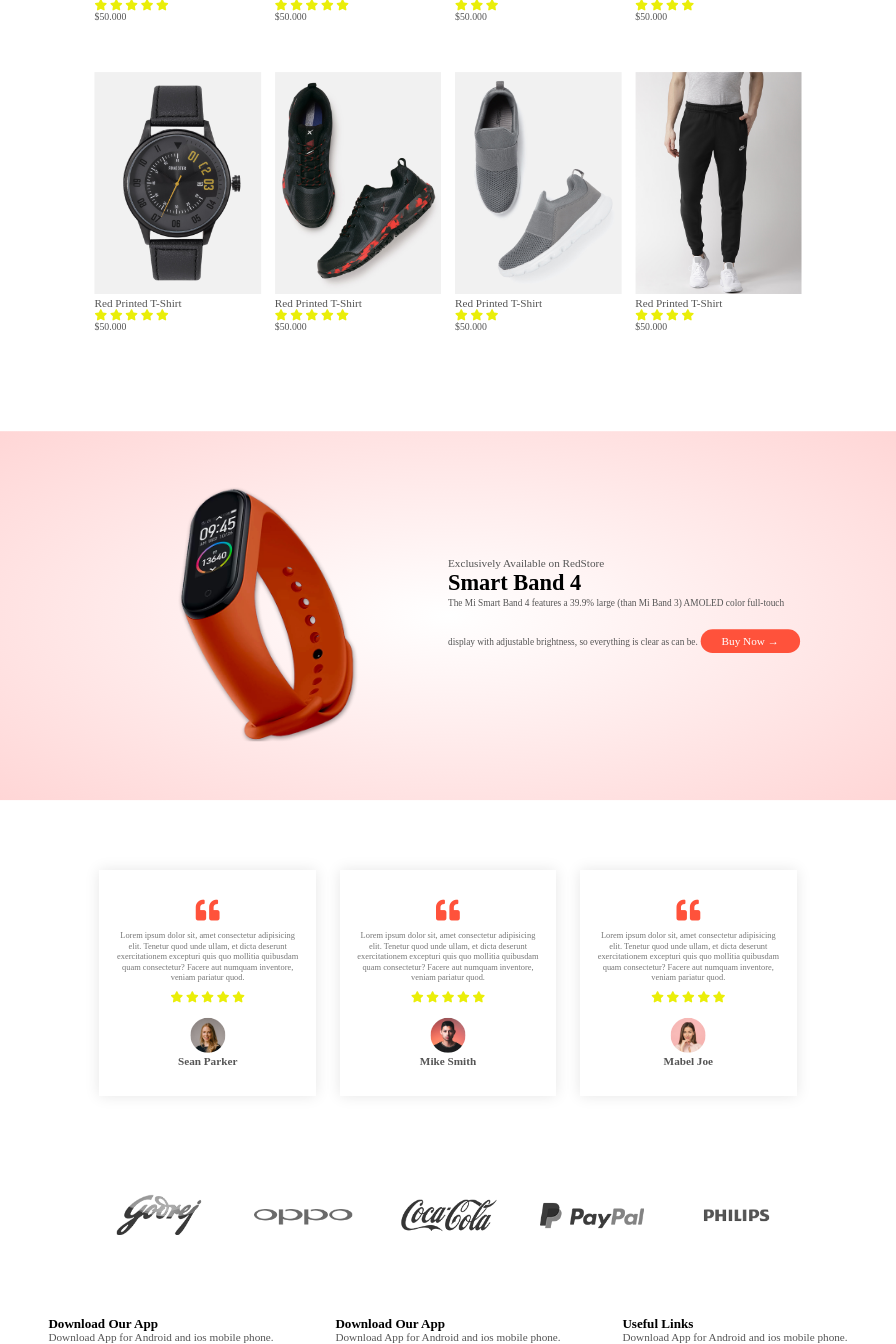
Repository: tuan21052000/Frontend
Page: index.html
The author's editor kept a copy of each file at every save. The page is drawn from the files as they stood at one save, then again after the next save.
The browser window is 1280 px wide. The pictures show the part of the page from y = 2370 to 4290 px (the page is 4290 px tall), at 70% of full size.

Above is the page before, as saved 2022-05-09 21:23:18.

After the next save:
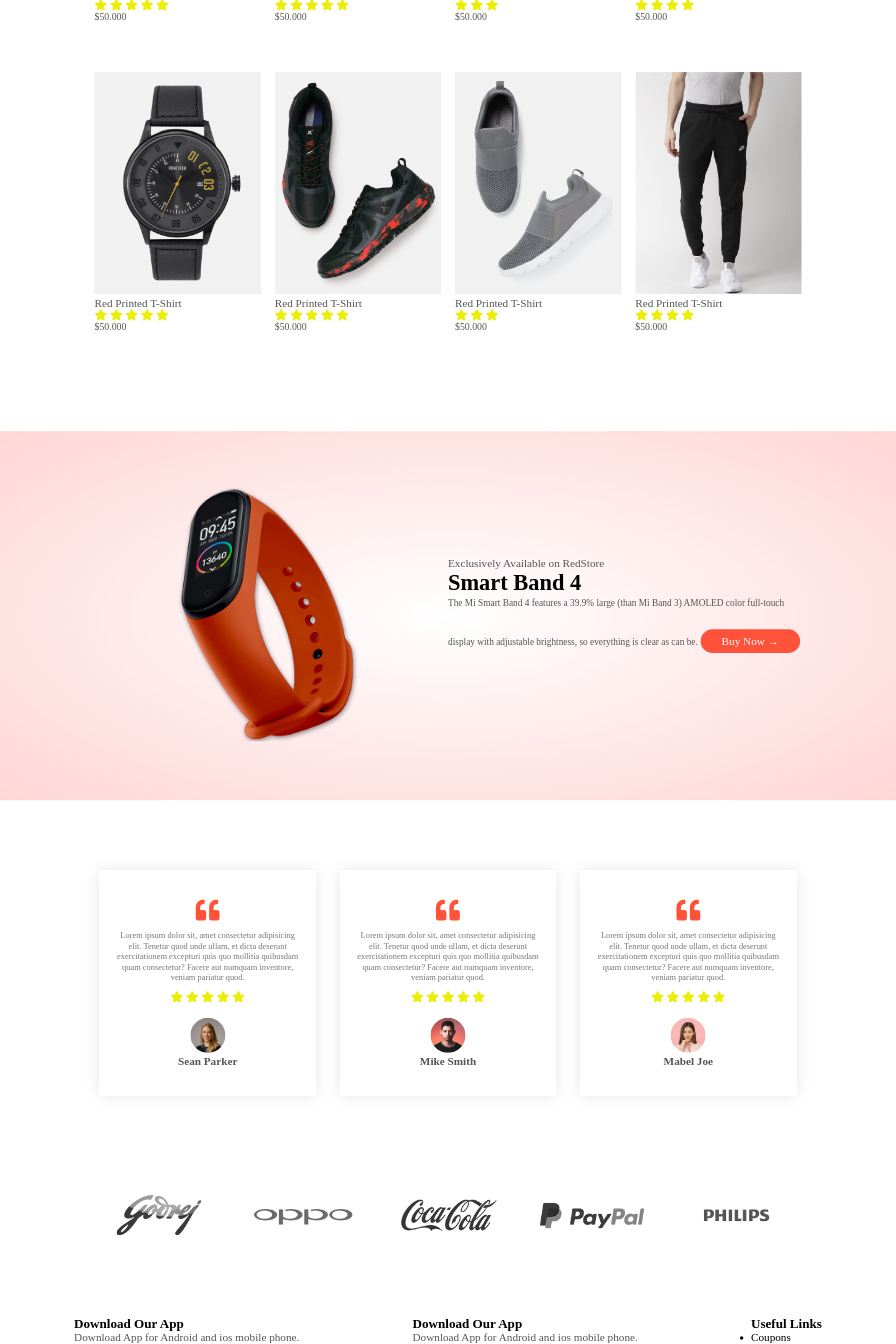
Saved 25 s later.
--- a/index.html
+++ b/index.html
@@ -322,7 +322,9 @@
             </div>
             <div class="footer-col-3">
                 <h3>Useful Links</h3>
-                <p>Download App for Android and ios mobile phone.</p>
+                <ul>
+                    <li>Coupons</li>
+                </ul>
             </div>
         </div>
     </div>
